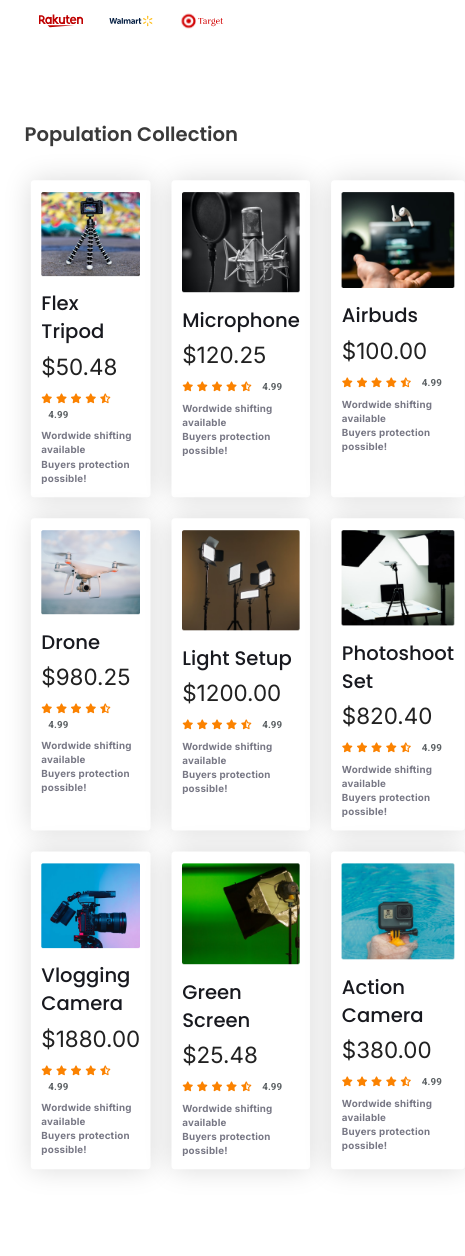
Repository: ShouravAhammed/Influencer-Gear-webpage
Page: index.html
These files come from the project's save history. The page is drawn as it stood at one moment and after the next save; the edit follows.
The browser window is 375 px wide. The page is 664 px wide, then 382 px, so the pictures cover 664 px, including what lies to the right of the window. The pictures show the part of the page from y = 908 to 3148 px (the page is 2702 px tall before and 5997 px after), at 70% of full size.
Some web libraries are served in a nearby version.

Above is the page before, as saved 2024-01-15 03:35:00.

After the next save:
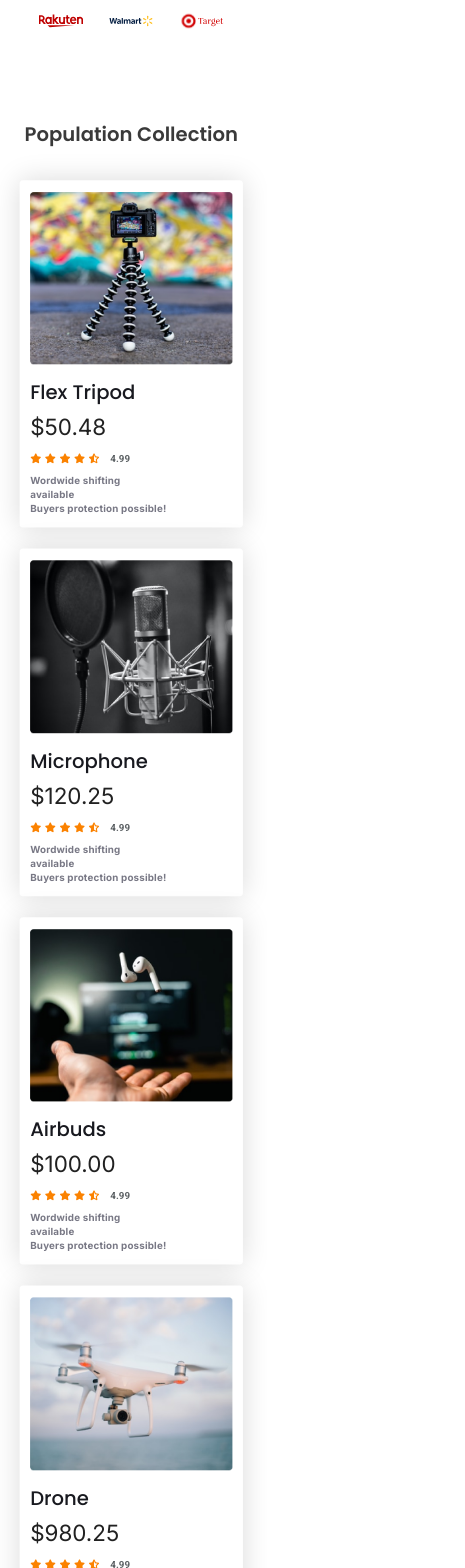
Saved 3 min 10 s later.
--- a/Style/style.css
+++ b/Style/style.css
@@ -256,4 +256,11 @@
         width: 20%
     }
 
-}
+
+
+    .card-content-box {
+        grid-template-columns: repeat(1, 1fr);
+        width: 100%;
+    }
+
+}
